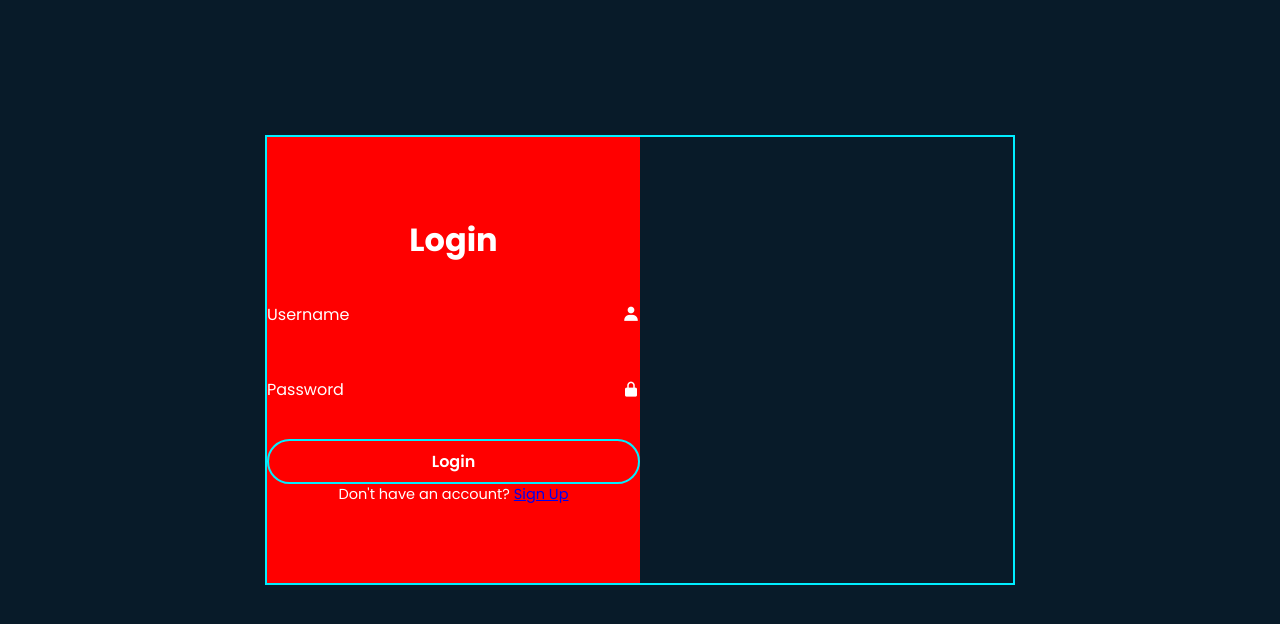
Repository: swastikjhacoder/Login-Registration-HTML
Page: index.html
These files come from the project's save history. The page is drawn as it stood at one moment and after the next save; the edit follows.
The browser window is 1280 px wide. The pictures show the whole page.

Above is the page before, as saved 2023-09-18 14:41:36.
Not found: js/toastify.js

After the next save:
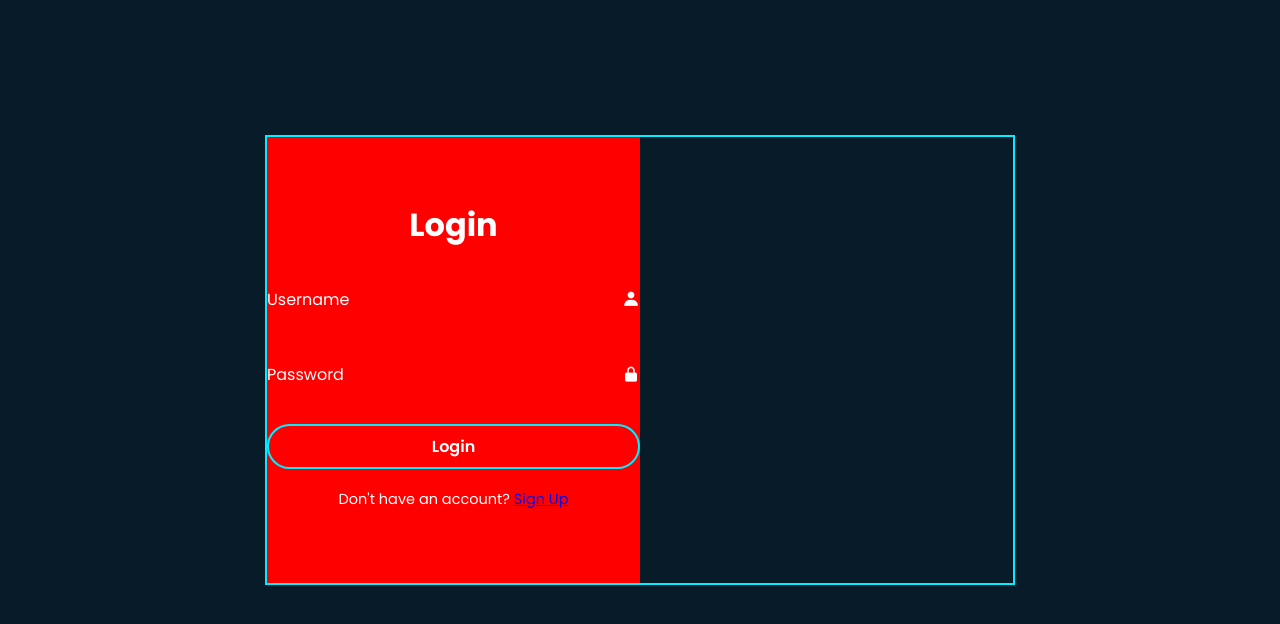
Saved 6 s later.
--- a/style.css
+++ b/style.css
@@ -93,5 +93,5 @@ body {
     font-size: 14.5px;
     color: #fff;
     text-align: center;
-    margin: ;
+    margin: 20px 0 10px;
 }
